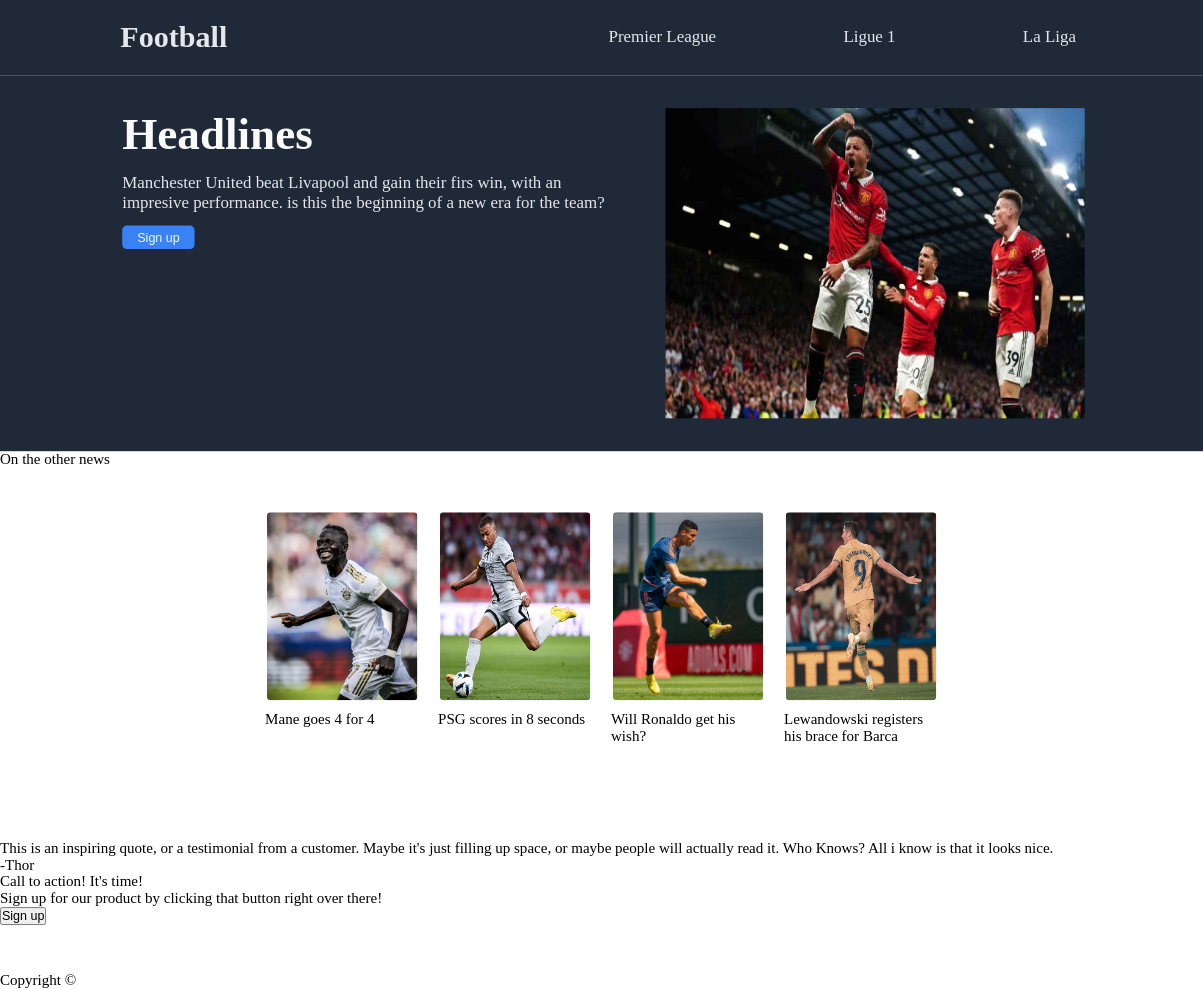
Repository: MhlengiNgubane/Brainnest_CSS
Page: index.html
These files come from the project's save history. The page is drawn as it stood at one moment and after the next save; the edit follows.
The browser window is 1280 px wide. The pictures show the whole page, at 94% of full size.

Above is the page before, as saved 2022-08-28 00:27:47.

After the next save:
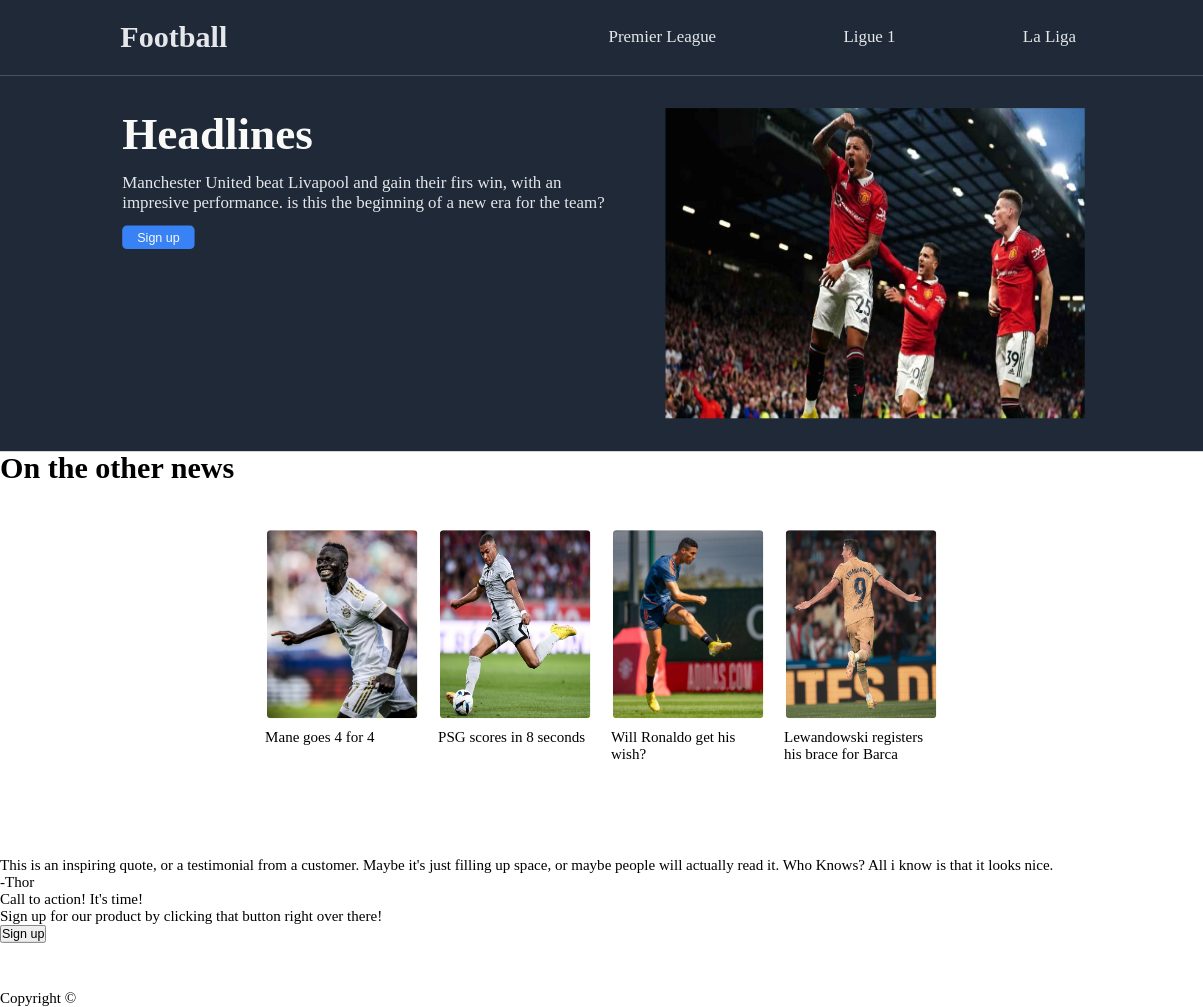
Saved 4 s later.
--- a/index.html
+++ b/index.html
@@ -37,7 +37,7 @@
         </aside>
     </section>
     <main>
-        <h1></h1>On the other news</h1>
+        <h1>On the other news</h1>
         <section class="images">
             <figure>
                 <img
